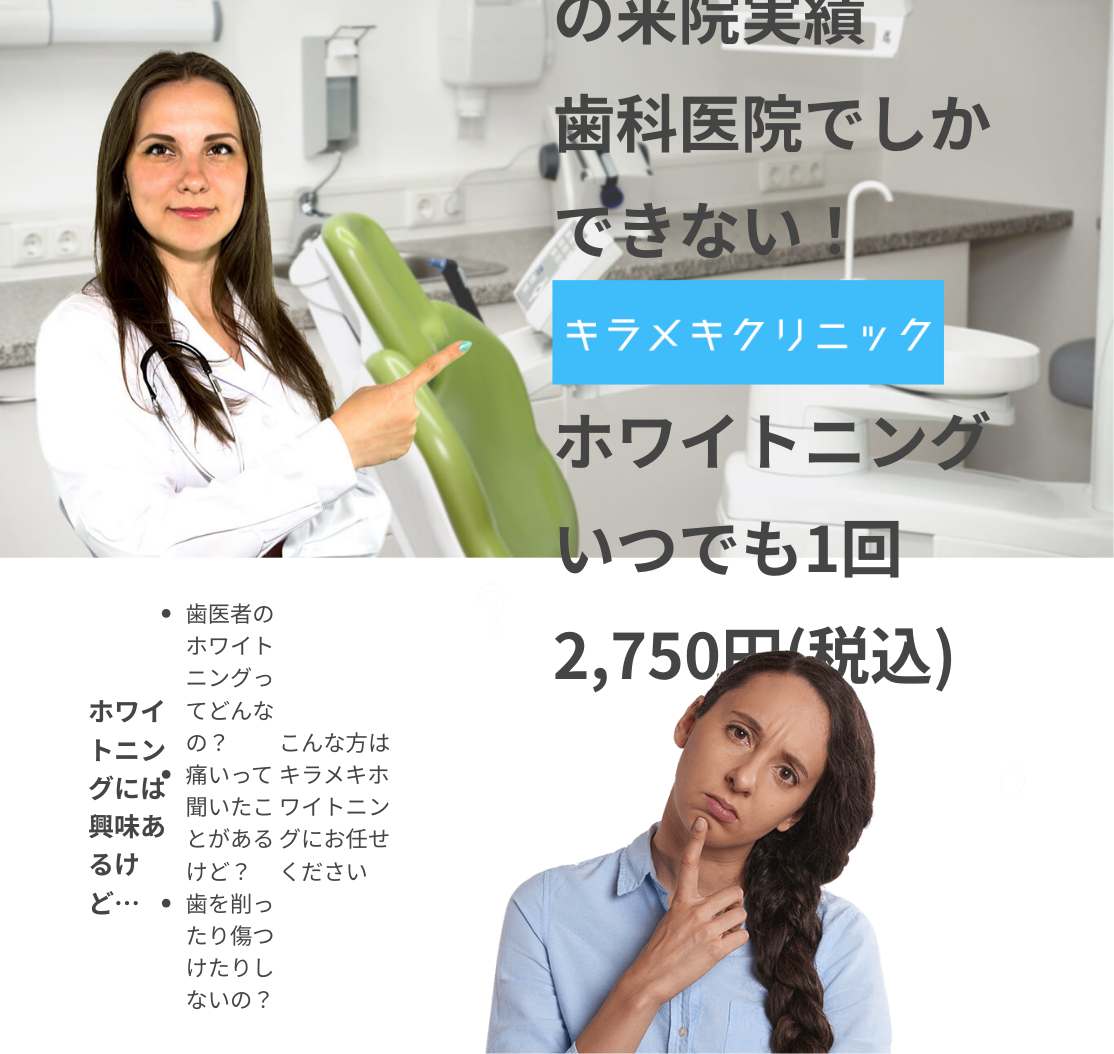
Repository: ryu-nuno/tech_academy_subwork
Page: first/index.html
The author's editor kept a record of every edit. The page is drawn from the files as they stood at one moment, then again after the next edit.
The browser window is 1280 px wide. The pictures show the whole page, at 87% of full size.
Some web libraries are served in a nearby version.

Above is the page before.

### first/index.html
<!DOCTYPE html>
<html lang="ja">

  <head>
    <title>first</title>
  <meta charset="utf-8">
  <meta name="description" content="kirameki clinic">
  <meta name="viewport" content="width=device-width, initial-scale=1">
  <meta property="og:site_name" content="キラメキクリニック｜歯科医院でホワイトニング" />
  <meta property="og:title" content="キラメキクリニック｜歯科医院でホワイトニング">
  <meta property="og:description" content="キラメキクリニックは、年間15万人以上の来院実績がある歯科医院です。有資格者によるプロの施術を1回2,750円〜で手軽にホワイトニングができます。ホワイトニングをしてみたい方はお問い合わせの上ぜひご来院ください！">
  <meta property="og:type" content="article">
  <meta property="og:url" content="https://demo.techacademy.jp/sidejob-selfstudy1/">
  <meta property="og:image" content="https://demo.techacademy.jp/sidejob-selfstudy1/images/main_pc.jpg">
  <meta property="og:locale" content="ja_JP">
  <link rel="stylesheet" href="assets/ress/ress.min.css">
  <link rel="stylesheet" href="css/style.css">
  <script src="https://kit.fontawesome.com/ab2670e4fc.js" crossorigin="anonymous"></script>
  </head>

  <body>
    <header class="container">
    <div class="contents_width">
      <div class="wrapper">
        <h1>
          <span>年間15万人以上の来院実績</span>
          <span>歯科医院でしかできない！</span>
          <img src="img/logo_top.png" alt="キラメキクリニック">
        </h1>
        <p>
          <span>ホワイトニング</span>
          <span>いつでも1回2,750円(税込)</span>
        </p>
      </div>
    </div>
  </header>

  <section class="interest bg_stripe container">
    <div class="contents_width">
      <h3>ホワイトニングには興味あるけど…</h3>
      <ul>
        <li>歯医者のホワイトニングってどんなの？</li>
        <li>痛いって聞いたことがあるけど？</li>
        <li>歯を削ったり傷つけたりしないの？</li>
      </ul>
      <p>こんな方はキラメキホワイトニングにお任せください</p>
      <img src="images/thinking_w.png" alt="ホワイトニングの疑問イメージ">
    </div>
  </section>
  </body>

### first/assets/ress/ress.min.css
/*!
 * ress.css • v4.0.0
 * MIT License
 * github.com/filipelinhares/ress
 */html{box-sizing:border-box;-webkit-text-size-adjust:100%;word-break:normal;-moz-tab-size:4;tab-size:4}*,:after,:before{background-repeat:no-repeat;box-sizing:inherit}:after,:before{text-decoration:inherit;vertical-align:inherit}*{padding:0;margin:0}hr{overflow:visible;height:0;color:inherit}details,main{display:block}summary{display:list-item}small{font-size:80%}[hidden]{display:none}abbr[title]{border-bottom:none;text-decoration:underline;text-decoration:underline dotted}a{background-color:transparent}a:active,a:hover{outline-width:0}code,kbd,pre,samp{font-family:monospace,monospace}pre{font-size:1em}b,strong{font-weight:bolder}sub,sup{font-size:75%;line-height:0;position:relative;vertical-align:baseline}sub{bottom:-.25em}sup{top:-.5em}table{border-color:inherit;text-indent:0}input{border-radius:0}[disabled]{cursor:default}[type=number]::-webkit-inner-spin-button,[type=number]::-webkit-outer-spin-button{height:auto}[type=search]{-webkit-appearance:textfield;outline-offset:-2px}[type=search]::-webkit-search-decoration{-webkit-appearance:none}textarea{overflow:auto;resize:vertical}button,input,optgroup,select,textarea{font:inherit}optgroup{font-weight:700}button{overflow:visible}button,select{text-transform:none}[role=button],[type=button],[type=reset],[type=submit],button{cursor:pointer;color:inherit}[type=button]::-moz-focus-inner,[type=reset]::-moz-focus-inner,[type=submit]::-moz-focus-inner,button::-moz-focus-inner{border-style:none;padding:0}[type=button]::-moz-focus-inner,[type=reset]::-moz-focus-inner,[type=submit]::-moz-focus-inner,button:-moz-focusring{outline:1px dotted ButtonText}[type=reset],[type=submit],button,html [type=button]{-webkit-appearance:button}button,input,select,textarea{background-color:transparent;border-style:none}a:focus,button:focus,input:focus,select:focus,textarea:focus{outline-width:0}select{-moz-appearance:none;-webkit-appearance:none}select::-ms-expand{display:none}select::-ms-value{color:currentColor}legend{border:0;color:inherit;display:table;white-space:normal;max-width:100%}::-webkit-file-upload-button{-webkit-appearance:button;color:inherit;font:inherit}img{border-style:none}progress{vertical-align:baseline}[aria-busy=true]{cursor:progress}[aria-controls]{cursor:pointer}[aria-disabled=true]{cursor:default}

### first/css/style.css
@charset "UTF-8"; /* 文字コードの指定 */
@import url('https://fonts.googleapis.com/css2?family=Noto+Sans+JP:wght@400;700;900&display=swap');
@import url('https://fonts.googleapis.com/css2?family=Noto+Serif+JP:wght@400;700&display=swap');


body{
    font-size: 1.6rem;
    color: #454545;
    font-family: "Noto Sans JP", "Helvetica Neue", Arial, "Hiragino Kaku Gothic ProN", "Hiragino Sans", Meiryo, sans-serif;
}

header{
    background-image: url(../img/main_pc.jpg);
    background-size: cover;
    height: 50.073vw;
}

.container{
    padding: 0 7.9vw;
}

.contents_width{
    display: flex;
    height:100%;
    justify-content:flex-end;
    align-items:center;
}

.wrapper{
    width:42.4567vw;
}

.wrapper h1{
    font-size: 0;
}

.wrapper span{
    font-weight: 900;
    display: inline-block;
    font-size: 4.5rem;
    line-height: calc(4.5rem + 1.6rem * 2);
}

After the next edit:
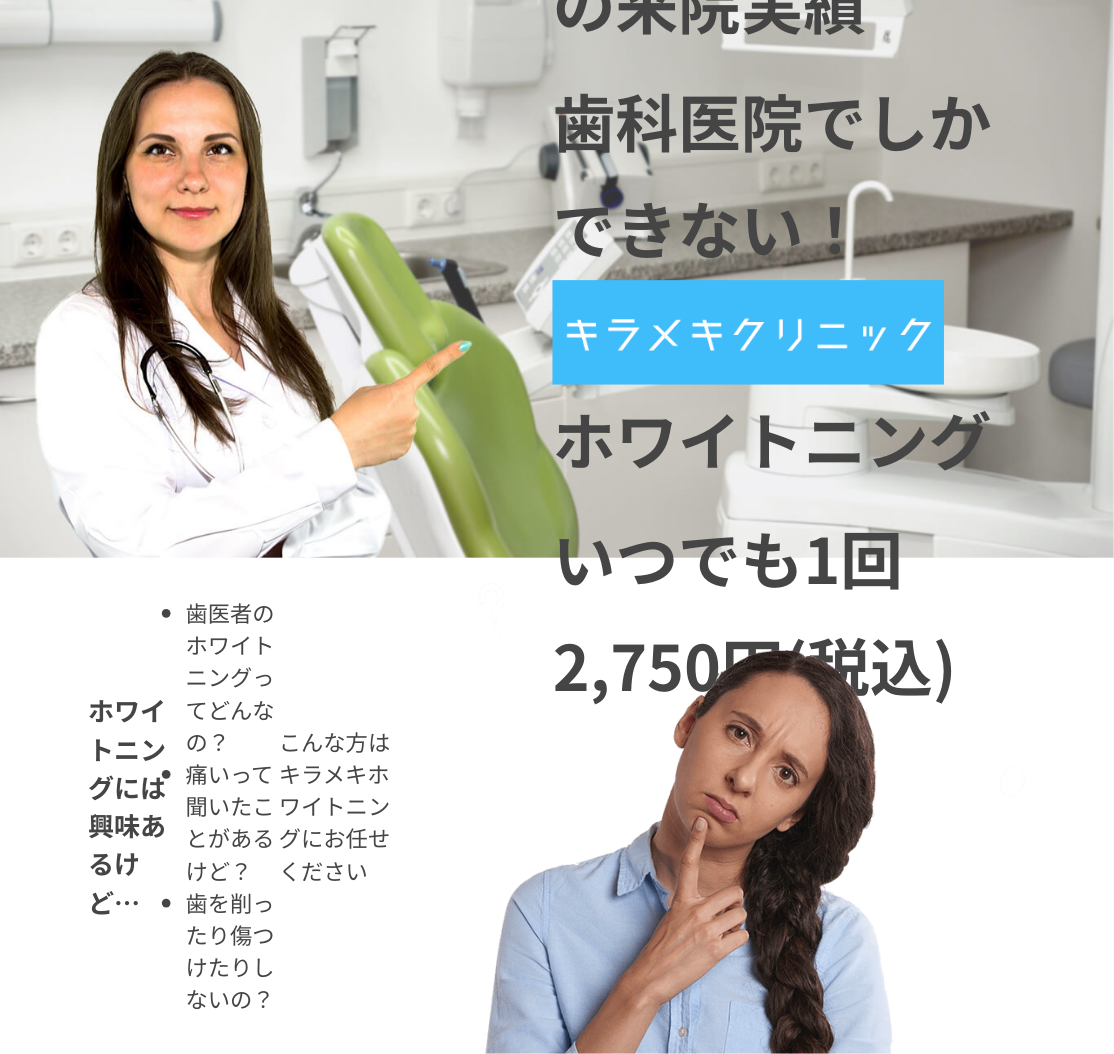
The edit:
--- a/first/css/style.css
+++ b/first/css/style.css
@@ -40,3 +40,7 @@
     font-size: 4.5rem;
     line-height: calc(4.5rem + 1.6rem * 2);
 }
+
+.wrapper span+span {
+    margin: 0.8rem 0 0;
+}
